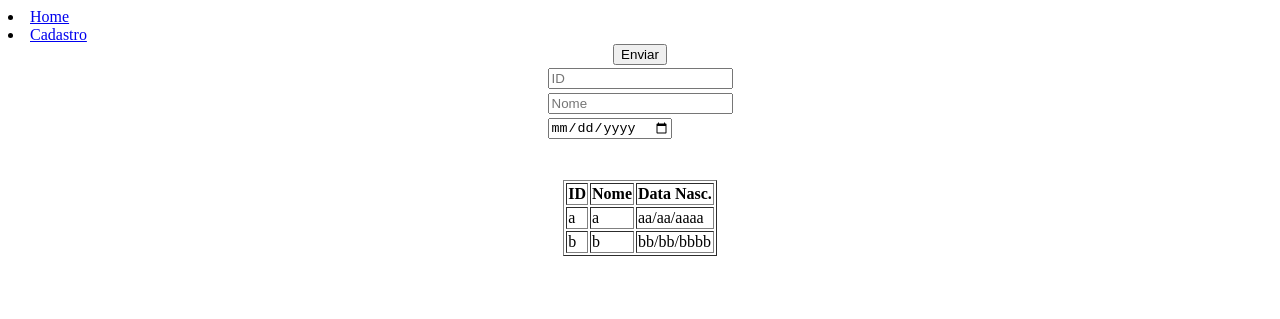
Repository: Frm2003/Laboratorio-de-Banco-de-Dados
Page: ExemploHTML/src/main/webapp/index.html
These files come from the project's save history. The page is drawn as it stood at one moment and after a run of saves; the edit follows.
The browser window is 1280 px wide. The pictures show the whole page.

Above is the page before, as saved 2023-08-08 13:11:00.

### ExemploHTML/src/main/webapp/index.html
<!DOCTYPE html>
<html>

<head>
	<meta charset="ISO-8859-1">
	<title>Exemplo</title>
</head>

<body>
	<nav id="menu">
		<li><a href="index.html">Home</a></li>
		<li><a href="cadastro.html">Cadastro</a></li>
	</nav>
	<div align="center">
		<form action="" method="post">

			<table>
				<tr>
					<td>
						<input type="number" id="id" name="id" min="0" step="1" placeholder="ID" required="required">
					</td>
				</tr>
				<tr>
					<td>
						<input type="text" id="nome" name="nome" placeholder="Nome" required="required">
					</td>
				</tr>
				<tr>
					<td>
						<input type="date" id="dataNasc" name="dataNasc" required="required">
					</td>
				</tr>
				<tr>
					<input type="submit" id="enviar" name="enviar" value="Enviar">
				</tr>
			</table>
		</form>
	</div>

	<br>
	<br>

	<div align="center">
		<table border="1">
			<thead>
				<tr>
					<th><b>ID</b></th>
					<th><b>Nome</b></th>
					<th><b>Data Nasc.</b></th>
				</tr>
			</thead>
			<tbody>
				<tr>
					<td>a</td>
					<td>a</td>
					<td>aa/aa/aaaa</td>
				</tr>
				<tr>
					<td>b</td>
					<td>b</td>
					<td>bb/bb/bbbb</td>
				</tr>
			</tbody>
		</table>
	</div>
</body>

</html>

After the next 2 saves:
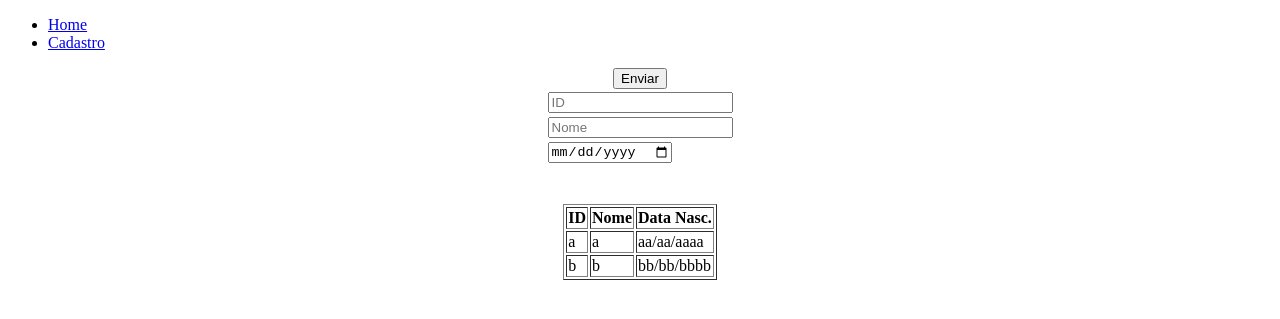
The 2 saves are shown as one change because they came seconds apart.
The last was saved 58 s later.
--- a/ExemploHTML/src/main/webapp/index.html
+++ b/ExemploHTML/src/main/webapp/index.html
@@ -8,8 +8,10 @@
 
 <body>
 	<nav id="menu">
-		<li><a href="index.html">Home</a></li>
-		<li><a href="cadastro.html">Cadastro</a></li>
+		<ul>
+			<li><a href="index.html">Home</a></li>
+			<li><a href="cadastro.html">Cadastro</a></li>
+		</ul>
 	</nav>
 	<div align="center">
 		<form action="" method="post">
